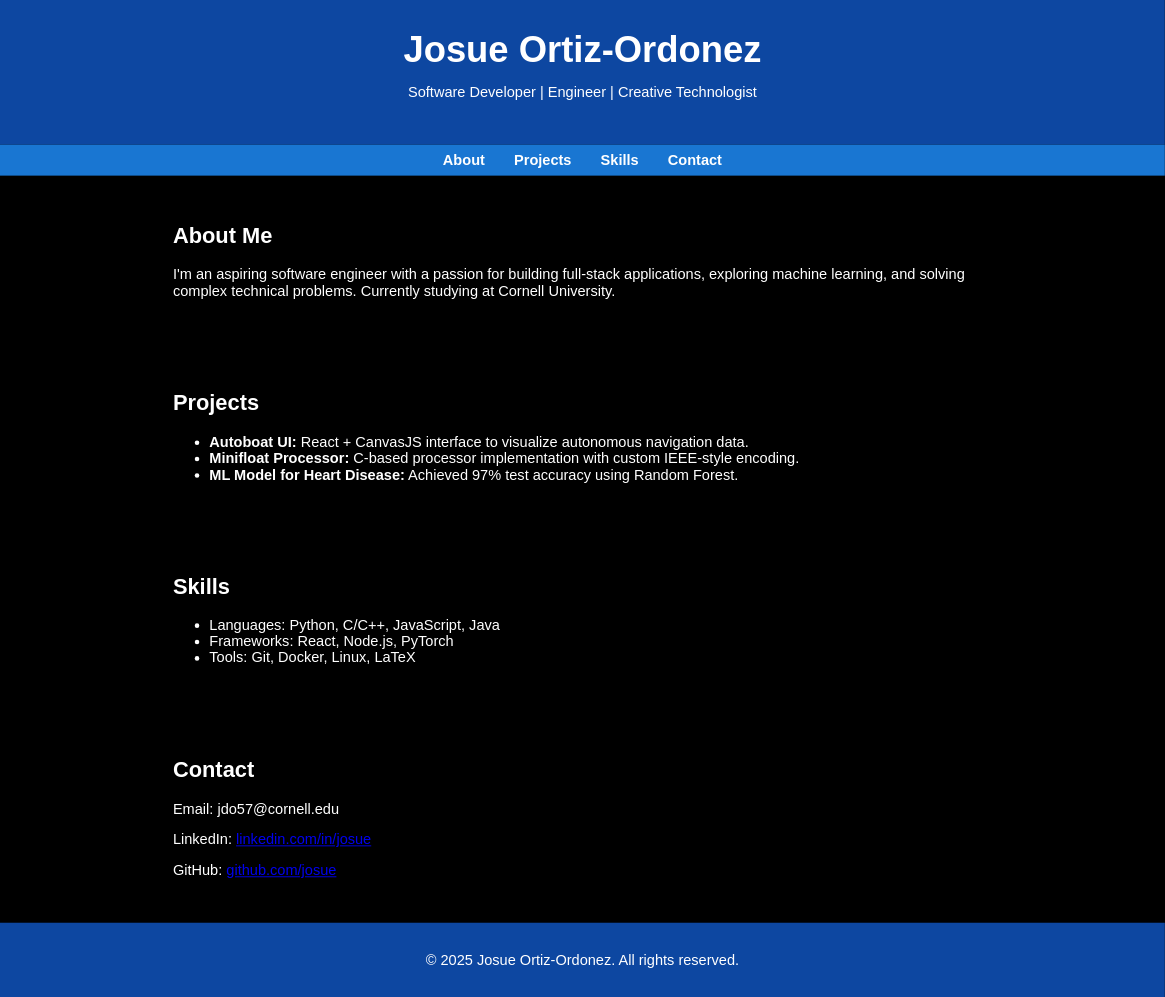
Repository: jdo57/Website
Page: index.html
These files come from the project's save history. The page is drawn as it stood at one moment and after the next save; the edit follows.
The browser window is 1280 px wide. The pictures show the whole page, at 91% of full size.

Above is the page before, as saved 2025-05-26 01:11:42.

### index.html
<!DOCTYPE html>
<html lang="en">
<head>
  <meta charset="UTF-8" />
  <meta name="viewport" content="width=device-width, initial-scale=1.0" />
  <title>Josue Ortiz-Ordonez | Portfolio</title>
  <style>
    :root {
      --primary-color: #0d47a1;
      --background-color: #000000;
      --text-color: #ffffff;
      --accent-color: #1976d2;
    }

    body {
      margin: 0;
      font-family: Arial, sans-serif;
      background-color: var(--background-color);
      color: var(--text-color);
    }

    header {
      background-color: var(--primary-color);
      padding: 2rem;
      text-align: center;
    }

    header h1 {
      margin: 0;
      font-size: 2.5rem;
    }

    nav {
      display: flex;
      justify-content: center;
      background-color: var(--accent-color);
      padding: 0.5rem;
    }

    nav a {
      margin: 0 1rem;
      color: white;
      text-decoration: none;
      font-weight: bold;
    }

    nav a:hover {
      text-decoration: underline;
    }

    section {
      padding: 2rem;
      max-width: 900px;
      margin: auto;
    }

    footer {
      background-color: var(--primary-color);
      color: white;
      text-align: center;
      padding: 1rem;
      position: relative;
    }
  </style>
</head>
<body>
  <header>
    <h1>Josue Ortiz-Ordonez</h1>
    <p>Software Developer | Engineer | Creative Technologist</p>
  </header>

  <nav>
    <a href="#about">About</a>
    <a href="#projects">Projects</a>
    <a href="#skills">Skills</a>
    <a href="#contact">Contact</a>
  </nav>

  <section id="about">
    <h2>About Me</h2>
    <p>
      I'm an aspiring software engineer with a passion for building full-stack applications,
      exploring machine learning, and solving complex technical problems. Currently studying at Cornell University.
    </p>
  </section>

  <section id="projects">
    <h2>Projects</h2>
    <ul>
      <li><strong>Autoboat UI:</strong> React + CanvasJS interface to visualize autonomous navigation data.</li>
      <li><strong>Minifloat Processor:</strong> C-based processor implementation with custom IEEE-style encoding.</li>
      <li><strong>ML Model for Heart Disease:</strong> Achieved 97% test accuracy using Random Forest.</li>
    </ul>
  </section>

  <section id="skills">
    <h2>Skills</h2>
    <ul>
      <li>Languages: Python, C/C++, JavaScript, Java</li>
      <li>Frameworks: React, Node.js, PyTorch</li>
      <li>Tools: Git, Docker, Linux, LaTeX</li>
    </ul>
  </section>

  <section id="contact">
    <h2>Contact</h2>
    <p>Email: jdo57@cornell.edu</p>
    <p>LinkedIn: <a href="https://www.linkedin.com/in/josue-ortiz-ordonez/" target="_blank">linkedin.com/in/josue</a></p>
    <p>GitHub: <a href="https://github.com/josue" target="_blank">github.com/josue</a></p>
  </section>

  <footer>
    <p>&copy; 2025 Josue Ortiz-Ordonez. All rights reserved.</p>
  </footer>
</body>
</html>

After the next save:
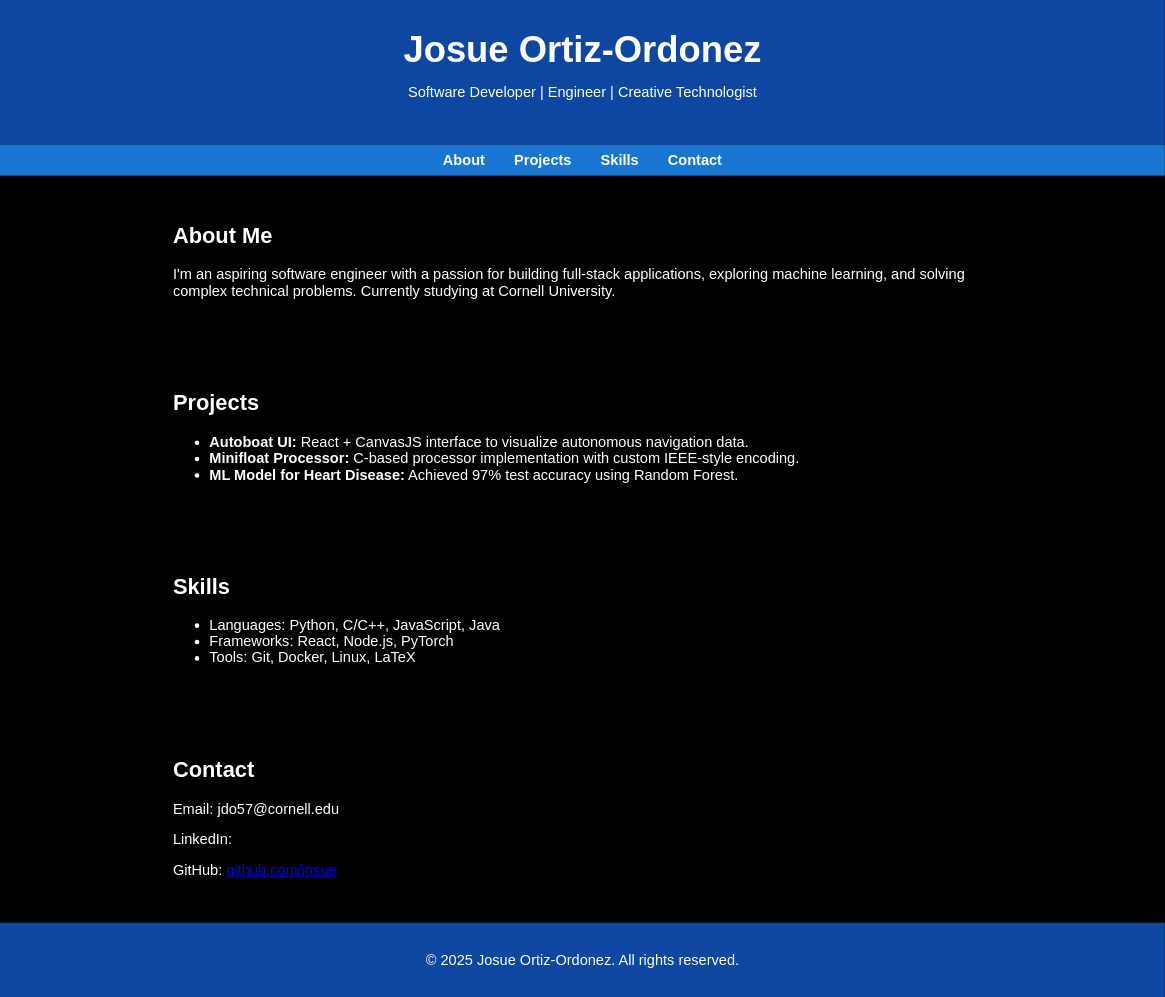
Saved 22 s later.
--- a/index.html
+++ b/index.html
@@ -105,7 +105,9 @@
   <section id="contact">
     <h2>Contact</h2>
     <p>Email: jdo57@cornell.edu</p>
-    <p>LinkedIn: <a href="https://www.linkedin.com/in/josue-ortiz-ordonez/" target="_blank">linkedin.com/in/josue</a></p>
+    <p>LinkedIn: <a href="https://www.linkedin.com/in/josue-ortiz-ordonez/" target="_blank"><linkedin class="com">
+    <in>
+    <josueortiz></josueortiz></a></p>
     <p>GitHub: <a href="https://github.com/josue" target="_blank">github.com/josue</a></p>
   </section>
 
